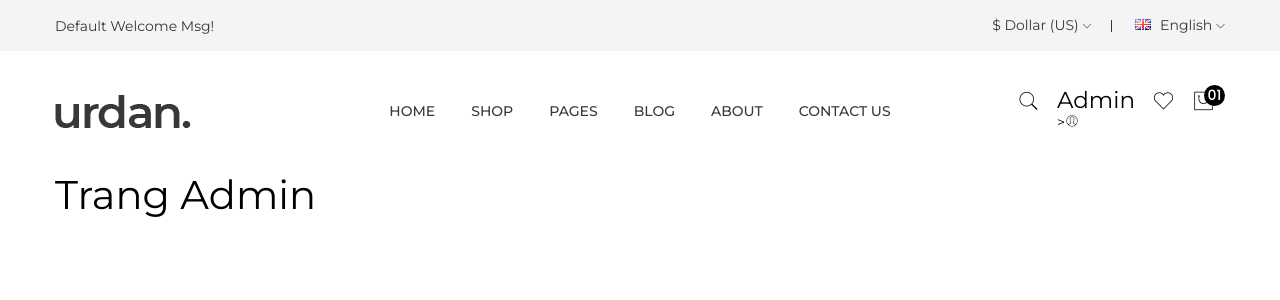
Repository: kasaiKikuya/urdan-shop
Page: /admin
The author's editor kept a copy of each file at every save. The page is drawn from the files as they stood at one save, then again after the next save.
The browser window is 1280 px wide. The pictures show the whole page.
The project was rebuilt for these pictures with package versions that can differ from the ones it lists, and the page was loaded fresh each time. Also part of the build but not shown: src/assets/css/plugins/aos.css, src/assets/css/plugins/magnific-popup.css, src/assets/css/plugins/select2.min.css, src/assets/css/plugins/easyzoom.css, src/assets/css/plugins/slinky.css.

Above is the page before, as saved 2022-01-21 21:04:16.

### src/main.js
import Vue from "vue";
import App from "./App.vue";
import router from "./router";
import store from "./store";
import { BootstrapVue } from "bootstrap-vue";
import VueAwesomeSwiper from "vue-awesome-swiper";

// bootstrap
import "bootstrap/dist/css/bootstrap.css";
import "bootstrap-vue/dist/bootstrap-vue.css";

// swipper
// import "swiper/css/swiper.css";

// css page
// import "@/assets/css/vendor/bootstrap.min.css";
import "@/assets/css/vendor/pe-icon-7-stroke.css";
import "@/assets/css/vendor/themify-icons.css";
import "@/assets/css/vendor/font-awesome.min.css";
import "@/assets/css/plugins/animate.css";
import "@/assets/css/plugins/aos.css";
import "@/assets/css/plugins/magnific-popup.css";
import "@/assets/css/plugins/swiper.min.css";
// import "@/assets/css/plugins/jquery-ui.css";
import "@/assets/css/plugins/nice-select.css";
import "@/assets/css/plugins/select2.min.css";
import "@/assets/css/plugins/easyzoom.css";
import "@/assets/css/plugins/slinky.css";
import "@/assets/css/style.css";

Vue.config.productionTip = false;
Vue.use(BootstrapVue);
Vue.use(VueAwesomeSwiper);

new Vue({
  router,
  store,
  render: (h) => h(App),
}).$mount("#app");

### src/router/index.js
import Vue from "vue";
import VueRouter from "vue-router";

const DEFAULT_TITLE = "Some Default Title";

Vue.use(VueRouter);

const routes = [
  {
    path: "/",
    name: "home_page",
    component: () => import("@/pages/Home.vue"),
    meta: { title: "Home" },
  },{
    path: "/admin",
    name: "admin_page",
    component: () => import("@/pages/Admin.vue"),
    meta: { title: "Admin" },
  },
];

const router = new VueRouter({
  mode: "history",
  base: process.env.BASE_URL,
  routes,
});

router.afterEach((to) => {
  // from
  document.title = to.meta.title || DEFAULT_TITLE;
});

export default router;

### src/components/common/Header.vue
<template>
  <header class="header-area header-responsive-padding header-height-1">
    <div class="header-top d-none d-lg-block bg-gray">
      <div class="container">
        <div class="row align-items-center">
          <div class="col-lg-6 col-6">
            <div class="welcome-text">
              <p>Default Welcome Msg!</p>
            </div>
          </div>
          <div class="col-lg-6 col-6">
            <div class="language-currency-wrap">
              <div class="currency-wrap border-style">
                <a class="currency-active" href="#"
                  >$ Dollar (US) <i class="ti-angle-down"></i
                ></a>
                <div class="currency-dropdown">
                  <ul>
                    <li><a href="#">Taka (BDT) </a></li>
                    <li><a href="#">Riyal (SAR) </a></li>
                    <li><a href="#">Rupee (INR) </a></li>
                  </ul>
                </div>
              </div>
              <div class="language-wrap">
                <a class="language-active" href="#"
                  ><img src="@/assets/images/icon-img/flag.png" alt="" /> English
                  <i class="ti-angle-down"></i
                ></a>
                <div class="language-dropdown">
                  <ul>
                    <li>
                      <a href="#"
                        ><img
                          src="@/assets/images/icon-img/flag.png"
                          alt=""
                        />English
                      </a>
                    </li>
                    <li>
                      <a href="#"
                        ><img
                          src="@/assets/images/icon-img/spanish.png"
                          alt=""
                        />Spanish</a
                      >
                    </li>
                    <li>
                      <a href="#"
                        ><img
                          src="@/assets/images/icon-img/arabic.png"
                          alt=""
                        />Arabic
                      </a>
                    </li>
                  </ul>
                </div>
              </div>
            </div>
          </div>
        </div>
      </div>
    </div>
    <div class="header-bottom sticky-bar">
      <div class="container">
        <div class="row align-items-center">
          <div class="col-lg-3 col-md-6 col-6">
            <div class="logo">
              <a href="index.html"
                ><img src="@/assets/images/logo/logo.png" alt="logo"
              /></a>
            </div>
          </div>
          <div class="col-lg-6 d-none d-lg-block">
            <div class="main-menu text-center">
              <nav>
                <ul>
                  <li>
                    <a href="index.html">HOME</a>
                    <ul class="sub-menu-style">
                      <li><a href="index.html">Home version 1 </a></li>
                      <li><a href="index-2.html">Home version 2</a></li>
                      <li><a href="index-3.html">Home version 3</a></li>
                      <li><a href="index-4.html">Home version 4</a></li>
                      <li><a href="index-5.html">Home version 5</a></li>
                      <li><a href="index-6.html">Home version 6</a></li>
                      <li><a href="index-7.html">Home version 7</a></li>
                      <li><a href="index-8.html">Home version 8</a></li>
                    </ul>
                  </li>
                  <li>
                    <a href="shop.html">SHOP</a>
                    <ul class="mega-menu-style mega-menu-mrg-1">
                      <li>
                        <ul>
                          <li>
                            <a class="dropdown-title" href="#">Shop Layout</a>
                            <ul>
                              <li><a href="shop.html">standard style</a></li>
                              <li>
                                <a href="shop-sidebar.html"
                                  >shop grid sidebar</a
                                >
                              </li>
                              <li>
                                <a href="shop-list.html">shop list style</a>
                              </li>
                              <li>
                                <a href="shop-list-sidebar.html"
                                  >shop list sidebar</a
                                >
                              </li>
                              <li>
                                <a href="shop-right-sidebar.html"
                                  >shop right sidebar</a
                                >
                              </li>
                              <li>
                                <a href="shop-location.html">store location</a>
                              </li>
                            </ul>
                          </li>
                          <li>
                            <a class="dropdown-title" href="#"
                              >Products Layout</a
                            >
                            <ul>
                              <li>
                                <a href="product-details.html">tab style 1</a>
                              </li>
                              <li>
                                <a href="product-details-2.html">tab style 2</a>
                              </li>
                              <li>
                                <a href="product-details-gallery.html"
                                  >gallery style
                                </a>
                              </li>
                              <li>
                                <a href="product-details-affiliate.html"
                                  >affiliate style</a
                                >
                              </li>
                              <li>
                                <a href="product-details-group.html"
                                  >group style</a
                                >
                              </li>
                              <li>
                                <a href="product-details-fixed-img.html"
                                  >fixed image style
                                </a>
                              </li>
                            </ul>
                          </li>
                          <li>
                            <a href="shop.html"
                              ><img src="@/assets/images/banner/menu.png" alt=""
                            /></a>
                          </li>
                        </ul>
                      </li>
                    </ul>
                  </li>
                  <li>
                    <a href="#">PAGES</a>
                    <ul class="sub-menu-style">
                      <li><a href="about-us.html">about us </a></li>
                      <li><a href="cart.html">cart page</a></li>
                      <li><a href="checkout.html">checkout </a></li>
                      <li><a href="my-account.html">my account</a></li>
                      <li><a href="wishlist.html">wishlist </a></li>
                      <li><a href="compare.html">compare </a></li>
                      <li><a href="contact-us.html">contact us </a></li>
                      <li>
                        <a href="login-register.html">login / register </a>
                      </li>
                    </ul>
                  </li>
                  <li>
                    <a href="blog.html">BLOG</a>
                    <ul class="sub-menu-style">
                      <li><a href="blog.html">blog standard </a></li>
                      <li><a href="blog-sidebar.html">blog sidebar</a></li>
                      <li><a href="blog-details.html">blog details</a></li>
                    </ul>
                  </li>
                  <li><a href="about-us.html">ABOUT</a></li>
                  <li><a href="contact-us.html">CONTACT US</a></li>
                </ul>
              </nav>
            </div>
          </div>
          <div class="col-lg-3 col-md-6 col-6">
            <div class="header-action-wrap">
              <div class="header-action-style header-search-1">
                <a class="search-toggle" href="#">
                  <i class="pe-7s-search s-open"></i>
                  <i class="pe-7s-close s-close"></i>
                </a>
                <div class="search-wrap-1">
                  <form action="#">
                    <input placeholder="Search products…" type="text" />
                    <button class="button-search">
                      <i class="pe-7s-search"></i>
                    </button>
                  </form>
                </div>
              </div>
              <div class="header-action-style">
                 <router-link to="/admin">Admin</router-link>
                  ><i class="pe-7s-user"></i
                ></a>
              </div>
              <div class="header-action-style">
                <a title="Wishlist" href="wishlist.html"
                  ><i class="pe-7s-like"></i
                ></a>
              </div>
              <div class="header-action-style header-action-cart">
                <a class="cart-active" href="#"
                  ><i class="pe-7s-shopbag"></i>
                  <span class="product-count bg-black">01</span>
                </a>
              </div>
              <div class="header-action-style d-block d-lg-none">
                <a class="mobile-menu-active-button" href="#"
                  ><i class="pe-7s-menu"></i
                ></a>
              </div>
            </div>
          </div>
        </div>
      </div>
    </div>
  </header>
</template>

<script>
export default {
  name: "Header",
};
</script>

<style scoped>
</style>

### src/pages/Admin.vue
<template>
 <div id="main_app" class="container">
    <h1>Trang Admin</h1>

  </div>
</template>

<script>
// import Header from '../components/common/Header.vue'


export default {
  name: "Admin",
  data() {
    return {};
  },
};
</script>

<style>
</style>

Loaded but not shown: public/index.html (common file); src/App.vue (common file); src/store/index.js (common file); src/assets/css/vendor/pe-icon-7-stroke.css (library); src/assets/css/vendor/themify-icons.css (library); src/assets/css/vendor/font-awesome.min.css (library); src/assets/css/plugins/animate.css (library); src/assets/css/plugins/swiper.min.css (library); src/assets/css/plugins/nice-select.css (library); src/assets/css/style.css (library)

After the next save:
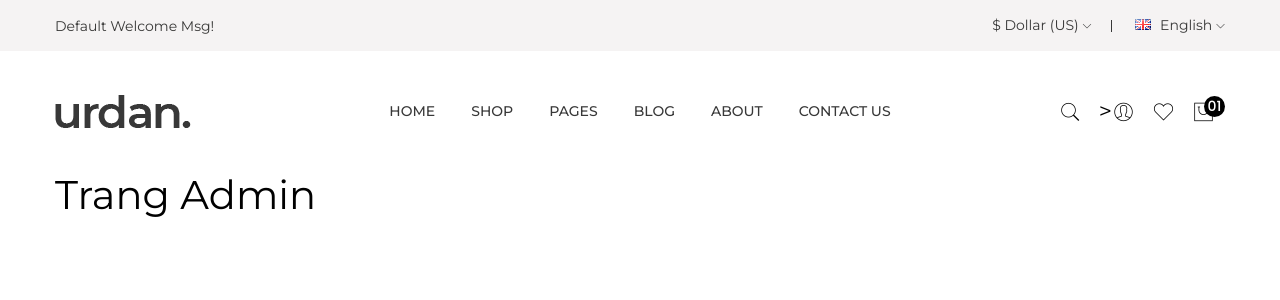
Saved 73 s later.
--- a/src/components/common/Header.vue
+++ b/src/components/common/Header.vue
@@ -208,9 +208,10 @@
                 </div>
               </div>
               <div class="header-action-style">
-                 <router-link to="/admin">Admin</router-link>
-                  ><i class="pe-7s-user"></i
-                ></a>
+                 <router-link to="/admin"> ><i class="pe-7s-user"></i>
+                 </router-link>
+
+
               </div>
               <div class="header-action-style">
                 <a title="Wishlist" href="wishlist.html"
